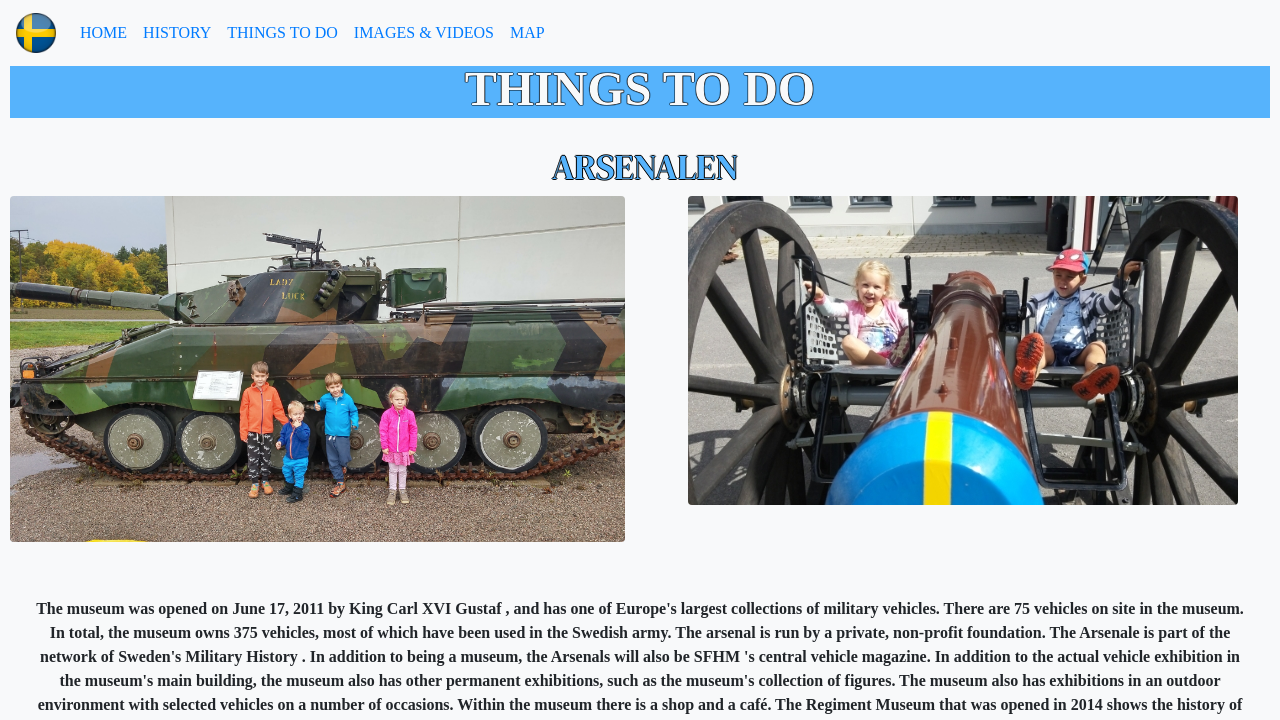
Repository: kososwede/first-project
Page: places.html
The author's editor kept a record of every edit. The page is drawn from the files as they stood at one moment, then again after the next edit.
The browser window is 1280 px wide. The pictures show the whole page.
An inner scrolling area shows only its first screen. Some web fonts or font styles are not loaded; a fallback is used.

Above is the page before.

### places.html
<!DOCTYPE html>
<html lang="en">

<head>
  <meta charset="UTF-8">
  <meta name="viewport" content="width=device-width, initial-scale=1.0">
  <meta http-equiv="X-UA-Compatible" content="ie=edge">
  <link rel="stylesheet" href="https://stackpath.bootstrapcdn.com/bootstrap/4.3.1/css/bootstrap.min.css" integrity="sha384-ggOyR0iXCbMQv3Xipma34MD+dH/1fQ784/j6cY/iJTQUOhcWr7x9JvoRxT2MZw1T" crossorigin="anonymous">
  <link rel="stylesheet" href="https://stackpath.bootstrapcdn.com/font-awesome/4.7.0/css/font-awesome.min.css" type="text/css" />
  <link rel="stylesheet" href="https://cdnjs.cloudflare.com/ajax/libs/ionicons/2.0.1/css/ionicons.min.css">
  <link rel="stylesheet" href="https://cdnjs.cloudflare.com/ajax/libs/hover.css/2.3.1/css/hover-min.css" integrity="sha256-c+C87jupO1otD1I5uyxV68WmSLCqtIoNlcHLXtzLCT0=" crossorigin="anonymous" />
  <link rel="stylesheet" href="assets/css/style.css" type="text/css" />
  <title>Welcome To Strängnäs</title>
  <title>Document</title>
</head>

<body>

  <!----------------------header-------------------------->

  <!----------nav------->

  <nav class="navbar navbar-expand-lg navbar-light bg-light fixed-top">
    <a class="navbar-brand" href="index.html"><img class="image-size" src="assets/images/sweden-flag-png-1.png"></img></a>
    <button class="navbar-toggler" type="button" data-toggle="collapse" data-target="#navbarNavAltMarkup" aria-controls="navbarNavAltMarkup" aria-expanded="false" aria-label="Toggle navigation">
    <span class="navbar-toggler-icon"></span>
  </button>
    <div class="collapse navbar-collapse" id="navbarNavAltMarkup">
      <div class="navbar-nav">
        <a class="nav-item nav-link text-primary" href="index.html">HOME<span class="sr-only">(current)</span></a>
        <a class="nav-item nav-link text-primary" href="history.html">HISTORY</a>
        <a class="nav-item nav-link text-primary" href="places.html">THINGS TO DO</a>
        <a class="nav-item nav-link text-primary" href="images+videos.html">IMAGES & VIDEOS</a>
      <a class="nav-item nav-link text-primary" href="map.html">MAP</a>
      </div>
    </div>
  </nav>

  <!---------------main------------------------------------>

  <div id="container">
    <h1 class="to-do">THINGS TO DO</h1>
    <h2 class="to-do-sub-head1">ARSENALEN</h2>
    <div class="row">
      <div class="col-md-6 sm-12">
        <img src="assets/images/arsenalen.jpg" class="rounded float-center img-fluid"></img>
      </div>
       <div class="col-md-6 sm-12">
        <img src="assets/images/kids-arsenalen.jpg" class="rounded float-center img-fluid"></img>
      </div>
      <div class="col-12">
        <p> The museum was opened on June 17, 2011 by King Carl XVI Gustaf , and has one of Europe's largest collections of military vehicles. There are 75 vehicles on site in the museum. In total, the museum owns 375 vehicles, most of which have been used
          in the Swedish army. The arsenal is run by a private, non-profit foundation. The Arsenale is part of the network of Sweden's Military History . In addition to being a museum, the Arsenals will also be SFHM 's central vehicle magazine. In addition
          to the actual vehicle exhibition in the museum's main building, the museum also has other permanent exhibitions, such as the museum's collection of figures. The museum also has exhibitions in an outdoor environment with selected vehicles on
          a number of occasions. Within the museum there is a shop and a café. The Regiment Museum that was opened in 2014 shows the history of Södermanland's regiments, which extends from 1634 to 2005. The museum consists of a number of different exhibitions,
          where the story begins to be told at a soldier's village when Södermanland's regiment was an infantry regiment and ended inside the vehicle hall, when Södermanland's regiment was a modern armory regiment .
        </p>

        <p>To visit the Arsenalen website <a href="https://arsenalen.se/" target="_blank">CLICK HERE!!</a>
      </div>
    </div>
    <hr>
    <h2 class="to-do-sub-head1">STRÄNGNÄS DOMKYRKA</h2>
    <div class="row">
      <div class="col-12">
        <img src="assets/images/church1.jpg" class="rounded float-center img-fluid"></img>
      </div>
      <div class="col-12">
        <p>The cathedral is built mainly of bricks in the characteristic Scandinavian Brick Gothic style. The original church was built of wood, probably during the first decades of the 12th century, on a spot where pagan rituals used to take place and where
          the missionary Saint Eskil was killed during the mid 11th century. The wooden church was not rebuilt in stone and bricks until 1340, just after Strängnäs became a diocese. The cathedral contains a mixture of decorative styles. The nave, chancel,
          and sanctuary are highly traditional, with a very large triptych reredos dominating the high altar at the east end of the building. However, two of the side chapels have been refurbished in highly contemporary style, with modern altars, and
          abstract artistic decoration and religious symbolism. The cathedral contains the tombs of Charles IX of Sweden, Sten Sture the Elder, and Maria of Palatinate-Simmern. On 31 July 2018, the burial regalia (two crowns and an orb) of Charles IX
          and Christina of Holstein-Gottorp were stolen in a daylight robbery with the thieves escaping by boat. In February 2019 it was reported that the regalia had been found and a man was facing trial accused of the theft.
        </p>
        <p>To visit the Strängnäs Cathedral website <a href="https://www.svenskakyrkan.se/strangnas" target="_blank">CLICK HERE!!</a></p>
      </div>
    </div>
    <hr>
    <h2 class="to-do-sub-head1">STRÄNGNÄS VÄDERKVARN</h2>
    <div class="row">
      <div class="col-12">
        <img src="assets/images/windmill.jpg" class="rounded float-center img-fluid"></img>
      </div>
      <div class="col-12">
        <p>Strängnäs windmill is located at Kvarnkullen in central Strängnäs , northwest of Strängnäs Cathedral . The mill was built in 1855, and is of the Dutch type . It has been owned by Strängnäs municipality since 1918 . The mill is visible from large
          parts of the city, and is declared as a building memory by the county administrative board of Södermanland County , according to which it has a "great cultural and local history interest. On the hillside of Kvarnkull, down towards the city,
          there are a lot of older wooden buildings that survived the city fire in 1871, including the Grassagården . Today's mill was ready in 1855, and the machinery is basically entirely made of wood. Via a drive shaft, the force from the sailcloth-covered
          wings was transferred to four mill stones . The mill is of the Dutch type , with a rotatable top dome, which means that it can be rotated to optimally utilize the wind's power. The mill house is eight-sided and stands on the stone floor. It
          is 14.5 meters high, with a diameter of 10.5 meters at ground level, which is greater than what mills of this type usually are. The wings are six in number and the largest six-wing mill in Sweden, and their diameter is 21.5 meters while the
          circumference of the wing tips is 67.5 meters. The machinery is still almost completely intact, and the mill is probably still fully functional. On April 1, 1918, the mill was sold to Strängnäs municipality by Mathilda Karlsson and her children
          Erland, Elsa and Edmund. The municipality paid SEK 40,000 for the mill with surrounding living quarters and barn. Then Erland Karlsson leased the mill for a few decades. The mill was electrified in 1922, with an open electric motor of 30 horsepower
          from ASEA . After the mill has been taken out of operation, some small repairs have been made. The largest of these occurred in the 1950s; The foundation was strengthened in 1956 and a major refurbishment was made in 1957. Today, the mill is
          included in Strängnäs Museum's area of responsibility. Hembygdsföreningen Strängnäs gille organizes special occasions on the mill, and in the summer there is a serving at the mill.
        </p>
        <p>To visit the Strängnäs väderkvarn website <a href="https://www.strangnas.se/uppleva-och-gora/turism/se-och-gora/sevardheter/sevardheter-i-strangnas" target="_blank">CLICK HERE!!</a></p>
      </div>
    </div>
    <hr>
    <h2 class="full-list">FOR A FULL LIST OF ACTIVITIES AND THINGS TO SEE</h2>
    <a href="https://www.strangnas.se/uppleva-och-gora" target="_blank">ENTER HERE</a></p>
<hr>
  </div>

  <!----------------------footer------------------------>
  <div class="footer-basic">
    <footer>
      <div class="social"><a href="#"><i class="icon ion-social-instagram"></i></a><a href="#"><i class="icon ion-social-snapchat"></i></a><a href="#"><i class="icon ion-social-twitter"></i></a><a href="#"><i class="icon ion-social-facebook"></i></a></div>
      <h2>For more information about Strängnäs and the surrounding area search for "Södermanland" in the social media links above or enter your Email below to receive up to date offers and discounts on activities and restaurants in the whole of Södermanland.</h3>
        <form class="form-inline justify-content-center">
          <div class="form-group">
            <input type="email" class="form-control" id="email" aria-describedby="emailHelp" placeholder="Enter email">
            <button type="submit" class="btn btn-primary">Submit</button>
          </div>
        </form>

    </footer>
    <p class="copyright">Chris McIlgrew © 2019</p>

  </div>




  <script src="https://code.jquery.com/jquery-3.3.1.slim.min.js" integrity="sha384-q8i/X+965DzO0rT7abK41JStQIAqVgRVzpbzo5smXKp4YfRvH+8abtTE1Pi6jizo" crossorigin="anonymous"></script>
  <script src="https://cdnjs.cloudflare.com/ajax/libs/popper.js/1.14.7/umd/popper.min.js" integrity="sha384-UO2eT0CpHqdSJQ6hJty5KVphtPhzWj9WO1clHTMGa3JDZwrnQq4sF86dIHNDz0W1" crossorigin="anonymous"></script>
  <script src="https://stackpath.bootstrapcdn.com/bootstrap/4.3.1/js/bootstrap.min.js" integrity="sha384-JjSmVgyd0p3pXB1rRibZUAYoIIy6OrQ6VrjIEaFf/nJGzIxFDsf4x0xIM+B07jRM" crossorigin="anonymous"></script>
</body>

</html>

### assets/css/style.css
@import url('https://fonts.googleapis.com/css?family=Sniglet&display=swap');
@import url('https://fonts.googleapis.com/css?family=Courgette&display=swap');
@import url('https://fonts.googleapis.com/css?family=DM+Serif+Display&display=swap');
body,
html {
    width: 100%;
    height: 100%;
    overflow-x: hidden;
}

body {
    font-family: 'Source Sans Pro';


}
 navbar {
     margin-right: 10px;
 }


.image-size {
    height: 40px;
}


.masthead {
    min-height: 30rem;
    position: relative;
    display: table;
    width: 100%;
    height: 100%;
    padding-top: 0rem;
    padding-bottom: 0rem;
    background: -webkit-gradient(linear, left top, right top, from(rgba(255, 255, 255, 0.1)), to(rgba(255, 255, 255, 0.1))), url("../images/viewofstrangnas.jpg");
    background: linear-gradient(90deg, rgba(255, 255, 255, 0.1) 0%, rgba(255, 255, 255, 0.1) 100%), url("../images/viewofstrangnas.jpg");
    background-image: url(../images/viewofstrangnas.jpg);
    background-position: center center;
    background-repeat: no-repeat;
    background-size: cover;

}

h1 {
    font-weight: bolder;
    color: #dece0e;
    text-shadow: #000 0px 0px 1px, #000 0px 0px 1px, #000 0px 0px 1px,
    #000 0px 0px 1px, #000 0px 0px 1px, #000 0px 0px 1px;
    font-size: 3rem;

}

h3 {
    color: #fff;
    text-shadow: #000 0px 0px 1px, #000 0px 0px 1px, #000 0px 0px 1px,
    #000 0px 0px 1px, #000 0px 0px 1px, #000 0px 0px 1px;
}

/*-------------------------------------history*/

.history {
    color: #f8f9fa;
    background-color: #56b3fc;
    text-align: center;
    margin-top: 50px;
}

.history-sub-head1 {
   font-family: 'DM Serif Display', serif;
    padding-left: 10px;
    padding-top: 20px;
    font-size: 35px;
    color: #56b3fc ;
     text-shadow: -1px 0 black, 0 1px black, 1px 0 black, 0 -1px black;

}
#container {
    padding: 10px;
    margin-left: 0px;
    margin-right: 0px;
    display: inline-block;
    text-align: center;
    background-color: #f8f9fa;
}

/*-------------------------------------places-------------------------*/

.to-do {
    color: #f8f9fa;
    background-color: #56b3fc;
    text-align: center;
    margin-top: 50px;

}

.to-do-sub-head1 {
    font-family: 'DM Serif Display', serif;
    padding-left: 10px;
    padding-top: 20px;
    font-size: 35px;
    color: #56b3fc ;
     text-shadow: -1px 0 black, 0 1px black, 1px 0 black, 0 -1px black;
}



.img.fluid {
    width: 100%;
    height: auto;
}



.col-12 {
    padding-top: 35px;
    padding-right: 15px;
    text-align: center;


}


p {
    font-weight: bold;
    padding-top: 20px;
    padding-left: 25px;
    padding-right: 25px;
}

hr {
    width: 50%;
}

/*-------------------------------------images videos-------------------------*/
.imagesvideos {
    color: #f8f9fa;
    background-color: #56b3fc;
    text-align: center;
    margin-top: 50px;

}
.col-6 {
    padding: 5px;
}
iframe {
    padding: 5px;
}

/*-----------------------------------------footer--*/

.footer-basic {
    padding: 0px 0;
    background-color: #f8f9fa;
    color: #4b4c4d;
}

.footer-basic ul {
    padding-left: 50px;
    padding-right: 50px;
    list-style: none;
    text-align: center;
    font-size: 18px;
    line-height: 1.6;
    margin-bottom: 0;
}

.footer-basic li {
    padding: 0 10px;
}

.footer-basic ul a {
    color: inherit;
    text-decoration: none;
    opacity: 0.8;
}

.footer-basic ul a:hover {
    opacity: 1;
}

.footer-basic .social {
    text-align: center;
    padding-bottom: 25px;
    padding-top: 25px;
}

.footer-basic .social>a {
    font-size: 24px;
    width: 40px;
    height: 40px;
    line-height: 40px;
    display: inline-block;
    text-align: center;
    border-radius: 50%;
    border: 1px solid #ccc;
    margin: 0 8px;
    color: inherit;
    opacity: 0.75;

}

.footer-basic .social>a:hover {
    opacity: 0.9;
}

.footer-basic .copyright {
    margin-top: 15px;
    text-align: center;
    font-size: 13px;
    color: #aaa;
    margin-bottom: 0;
    padding-bottom: 15px;
}

.footer-basic h2 {
    font-size: 25px;
    font-style: italic;
    margin-left: 50px;
    margin-right: 50px;
    text-align: center;
}

btn {
    margin-top: 0;
}

/*-----------------------------history---*/

.col-lg-6 {
padding: 0;
margin: 0;
}

.content-section {
 padding-top: 0px;
 padding-right: 0;
 background-color: royalblue;


}

.history-color {
 color: #fff;
 text-decoration: underline yellow;
 }

  .col-lg-4 {
  width: 100%;
 }

After the next edit:
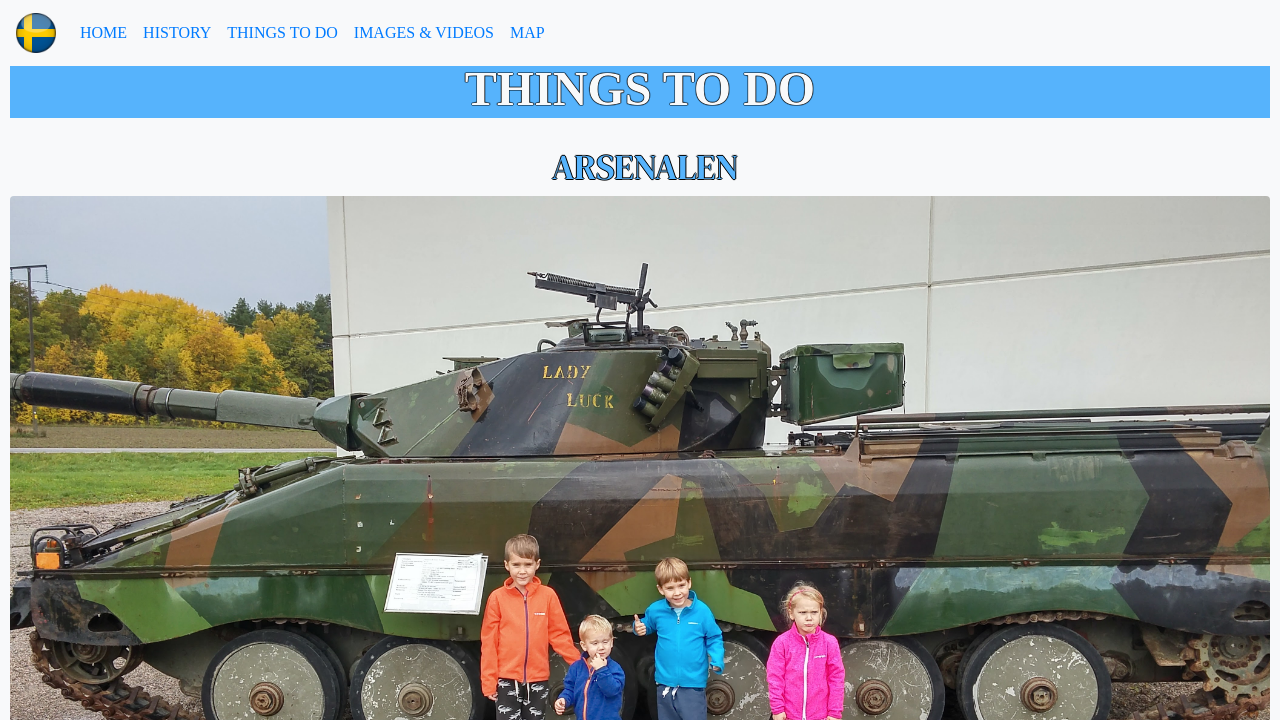
The edit:
--- a/places.html
+++ b/places.html
@@ -42,7 +42,7 @@
     <h1 class="to-do">THINGS TO DO</h1>
     <h2 class="to-do-sub-head1">ARSENALEN</h2>
     <div class="row">
-      <div class="col-md-6 sm-12">
+      <div class="col-md-12 sm-12">
         <img src="assets/images/arsenalen.jpg" class="rounded float-center img-fluid"></img>
       </div>
        <div class="col-md-6 sm-12">
